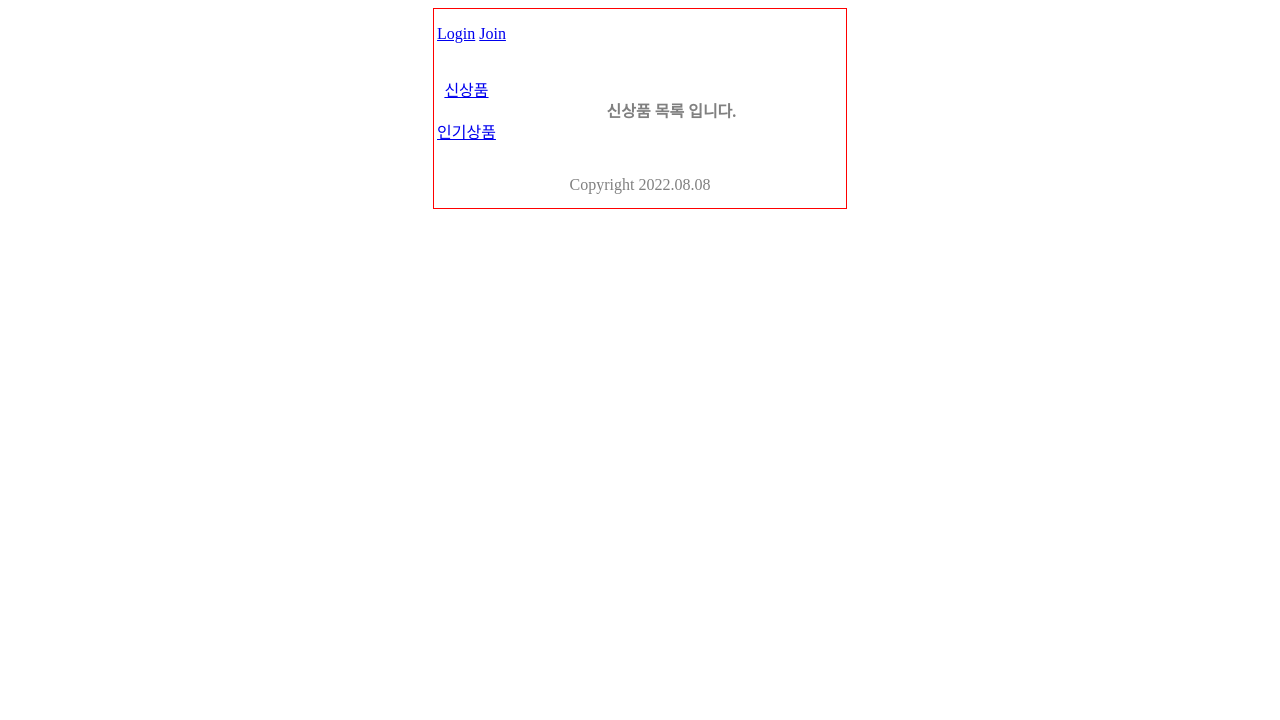
Repository: payboiC/test
Page: http://localhost/ServletProject/template/template.jsp?page=newitem
These files come from the project's save history. The page is drawn as it stood at one moment and after the next save; the edit follows.
The browser window is 1280 px wide. The pictures show the whole page.
The page is served by Tomcat 9. Nobody is signed in. The application's start-up code is not run.

Above is the page before, as saved 2022-08-08 03:06:17.

After the next save:
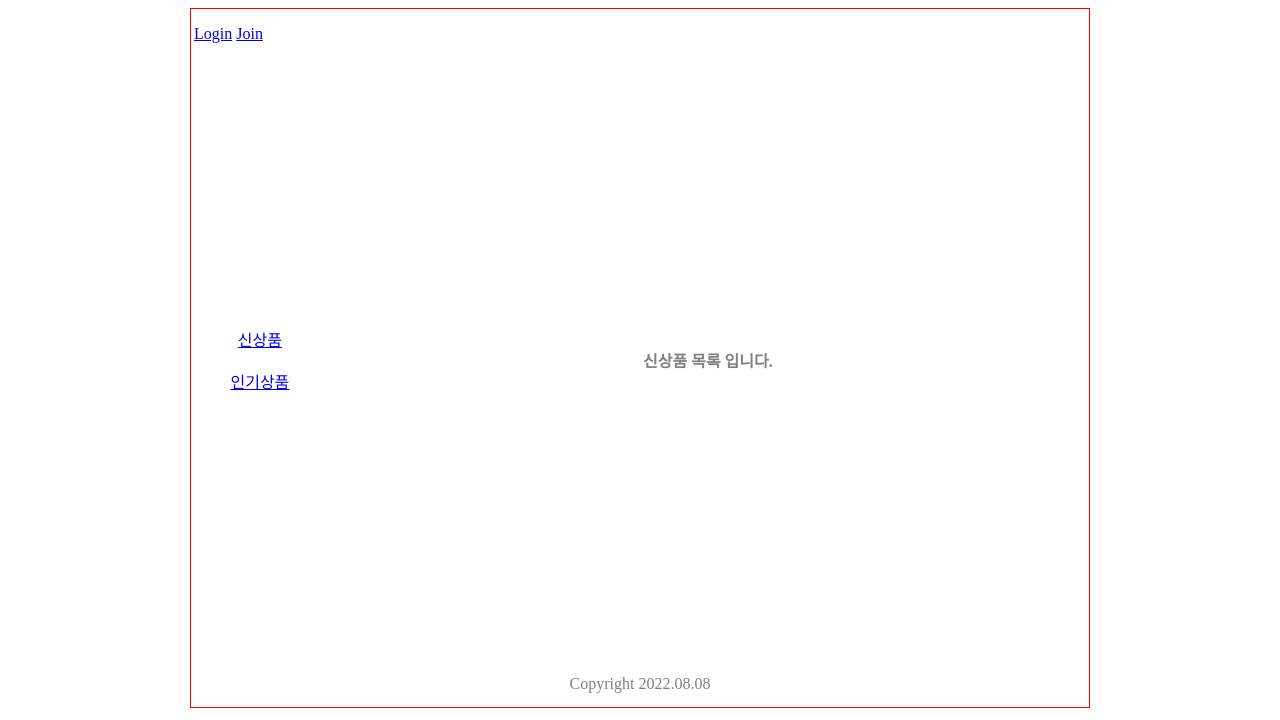
Saved 14 s later.
--- a/ServletProject/src/main/webapp/template/template.jsp
+++ b/ServletProject/src/main/webapp/template/template.jsp
@@ -18,8 +18,8 @@
 <style type="text/css">
 table{
    margin: auto;
-   width: auto;
-   height: auto;
+   width: 900px;
+   height: 700px;
    color: gray;
    border: 1px solid red;
    }
